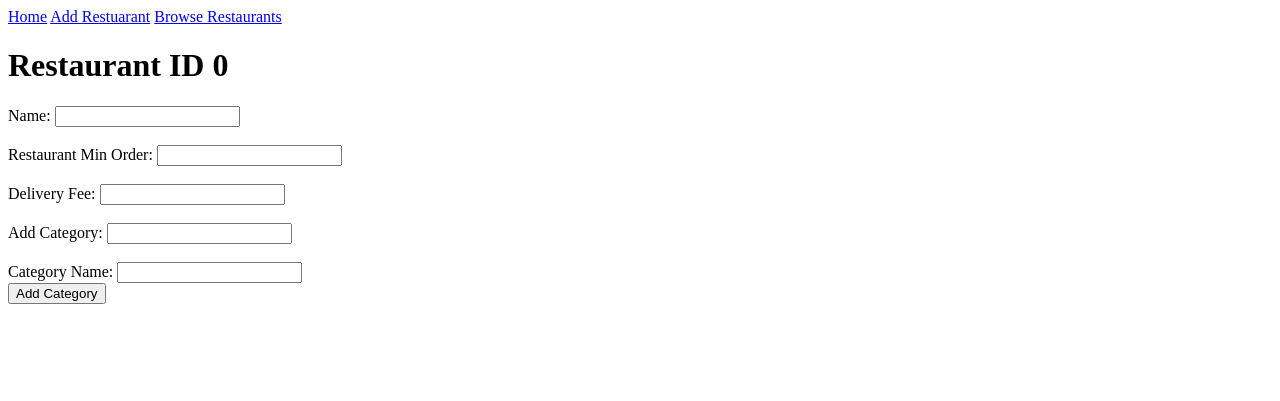
Repository: hudaali14/Carleton
Page: http://localhost/restaurants/0
These files come from the project's save history. The page is drawn as it stood at one moment and after the next save; the edit follows.
The browser window is 1280 px wide. The pictures show the whole page.
The page is served by the project's Node server (server.js).

Above is the page before, as saved 2020-03-12 17:32:01.

After the next save:
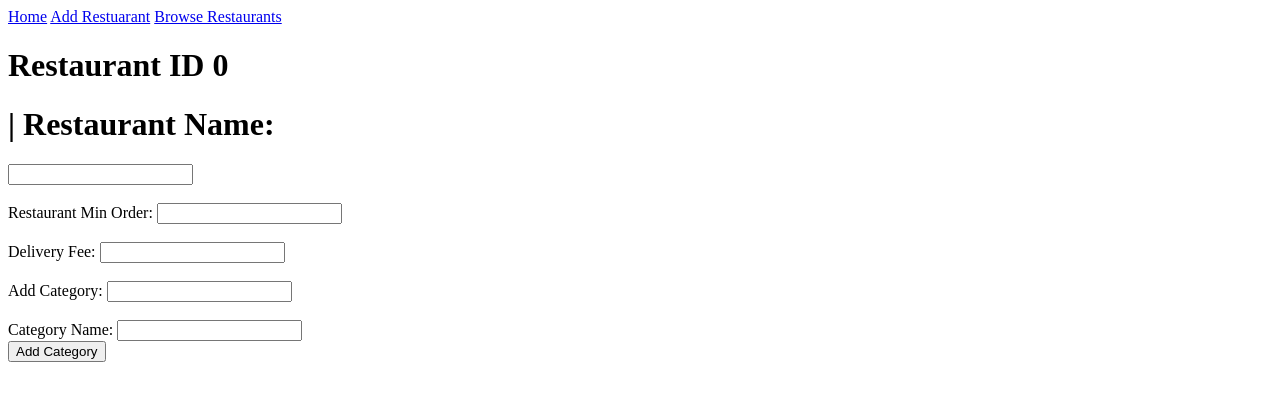
Saved 16 s later.
--- a/2406/Assignments/Assignment3 (100)/views/pages/restaurantpage.pug
+++ b/2406/Assignments/Assignment3 (100)/views/pages/restaurantpage.pug
@@ -5,7 +5,7 @@ body
     include ../partials/header
 
     h1 Restaurant ID #{restaurant.id}
-    Restaurant Name:
+    h1 | Restaurant Name:
     input(type= "text", id="restaurantnamepage")
     br
     br
